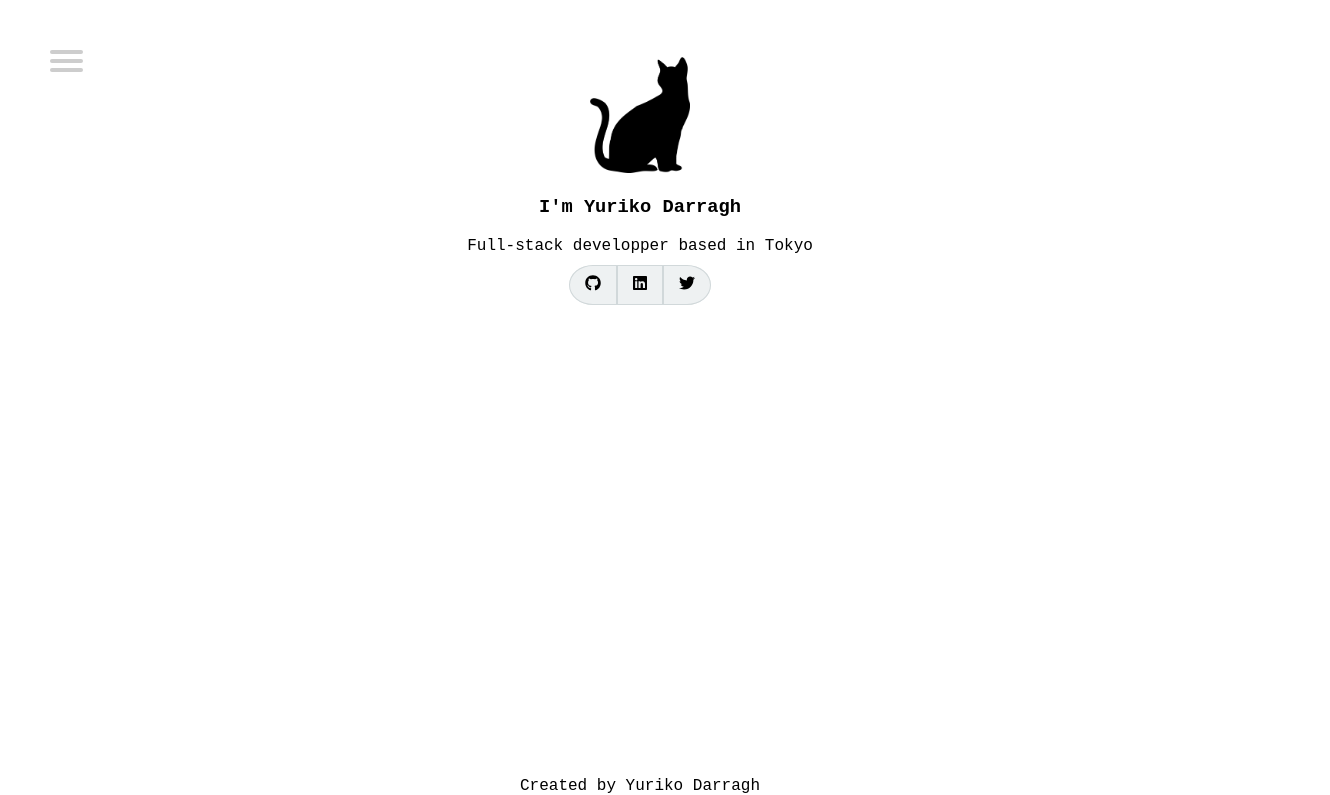
Repository: yuriko-pixel/react-portfolio
Page: /
An editor plug-in stored every save of this project. The page is shown before and after the next save, followed by the edit.
The browser window is 1280 px wide. The page is 1330 px wide, so the pictures cover 1330 px, including what lies to the right of the window. The pictures show the whole page.
The project was rebuilt for these pictures with package versions that can differ from the ones it lists, and the page was loaded fresh each time. Also part of the build but not shown: src/components/worktemp.js, src/components/about.js, src/styles/works.module.scss, src/components/works.js.

Above is the page before, as saved 2021-05-19 13:24:45.

### src/App.js
import logo from './logo.svg';
import './App.css';
import { BrowserRouter, Route, Link } from 'react-router-dom';
import WorkTemp from './components/worktemp'
import about from './components/about'
import home from './components/home'
import Nav from './components/nav'
import Footer from './components/footer'
import works from './components/works'

function App() {
  return (
    <div className="App">
      <BrowserRouter>
        <Nav />
        <Route exact path='/' component={home}></Route>
        <Route path='/about' component={about}></Route>
        <Route path='/works' component={works}></Route>
        <Route path='/work/:name'><WorkTemp /></Route>
        <Footer/>
      </BrowserRouter>
    </div>
  );
}

export default App;

### src/components/home.js


import Top from './top'
import Works from './works'

const Home = () => {
    return (
        <>
        <Top/>
        </>
    )
}

export default Home

### src/components/nav.js
import navs from '../styles/nav.module.scss'
import { Link } from 'react-router-dom';

const Nav = () => {
    return (
        <nav role="navigation">
        <div className={navs.menuToggle}>
          <input type="checkbox" />
          <span></span>
          <span></span>
          <span></span>
          <ul className={navs.menu}>
            <Link to="/"><li>Home</li></Link>
            <Link to="/about"><li>About</li></Link>
            <Link to="/works"><li>Works</li></Link>
            <Link to="/contact"><li>Contact</li></Link>
          </ul>
        </div>
      </nav>
    )
}

export default Nav

### src/components/footer.js
import foots from '../styles/footer.module.scss'

const Footer = ()=> {
    return (
        <footer>
            <span>Created by Yuriko Darragh</span>
        </footer>
    )
}

export default Footer;

### src/work.json
{
    "data": [
        {"name": "doughnut_doughnut_doughnut", "imgurl": "https://live.staticflickr.com/65535/51186851248_6e283827e7_n.jpg", "url": "https://live.staticflickr.com/65535/51186633016_67ed4251f5_n.jpg", "intro": "Wanna buy yummy doughnut?", "desc": "Doughnut Doughnut Doughnut is a doughnut EC shop application which allows you to buy special doughnuts from site. You can buy it with Stripe but currently we made it disabled for actual purchase since this is just the project.", "skillstacks": "react,redux,javascript,stripe"},
        {"name": "Magical_Memnisee", "imgurl": "https://live.staticflickr.com/65535/51185937952_e470c46e5d_n.jpg", "url": "https://live.staticflickr.com/65535/51186633356_9d19b25bc0_n.jpg", "intro": "Want to try Harry-Potter-like memo app?", "desc": "Memo application which also shows you quotes from famous people. But don't be startled too much! The quotes disappears soon like Tom Riddle's diary!", "skillstacks": "react,javascript"},
        {"name": "Pokedex", "imgurl": "https://live.staticflickr.com/65535/51186633741_d1bb6fa70c_n.jpg", "url": "https://live.staticflickr.com/65535/51187412834_eb291234ce_n.jpg", "intro": "Want to know all of the pokemon?", "desc": "Pokedex app which allows you to find your favourite pokemon. You can also check their cute figure from their back!", "skillstacks": "react,javascript"},
        {"name": "Toucans_recipe", "imgurl": "https://live.staticflickr.com/65535/51187704330_2b78f70304_n.jpg", "url": "https://live.staticflickr.com/65535/51186633636_5b50cc4677_n.jpg", "intro": "Chingu project app for recipes.", "desc": "Recipe web site which allows you to search by name and ingredients.", "skillstacks": "javascript"},
        {"name": "Toucans_blog", "imgurl": "https://live.staticflickr.com/65535/51187412699_340c208806_n.jpg", "url": "https://live.staticflickr.com/65535/51187412699_340c208806_n.jpg", "intro": "Chingu project app for tech blog.", "desc": "Dev.to clone site made with Gatsby.js", "skillstacks": "gatsby.js,graphql,react"}
    ]
}

### src/styles/about.module.scss
@import url('https://fonts.googleapis.com/css2?family=Raleway:wght@100&display=swap');
 * {
     font-family:'Courier New', Courier, monospace
 }
.flex {
    display: flex;
}

.container {
    min-height: 100vh;
}
.profimg {
    width:200px;
	height:200px;
	object-fit:cover;
	border-radius:50%;
    border: 1px solid black;
}

.box {
    width: 60%;
    margin: 0 auto;
}

.title {
    font-family: 'Raleway', sans-serif;
    font-size: 35px;
    text-align: left;
    padding-left: 100px;
    text-decoration: underline solid pink 5px;
    margin-bottom: 25px;
}

.box2 {
    margin-left: 150px;
}

.box3 {
    padding-left: 20px;
    text-align: left;
}
.borderline {
    height: 150px;
    width: 3px;
    background: gray;
    margin-left: 20px
}

.likes {
    margin-left: 150px;
}

.liketitle {
    margin-left: 30px;
    font-size: 30px;
}

### src/components/links.js
import { Link } from 'react-router-dom';
import links from '../styles/links.module.scss'
import { FontAwesomeIcon } from "@fortawesome/react-fontawesome";
import { faGithub } from "@fortawesome/free-brands-svg-icons";
import { faLinkedin } from "@fortawesome/free-brands-svg-icons";
import { faTwitter } from "@fortawesome/free-brands-svg-icons";

const Links = () => {
    return (
        <>
        <div className={links.linkcontainer}>
            <Link to="/about" className={links.linkcontainer1}><FontAwesomeIcon icon={faGithub} /></Link>
            <Link to="/works" className={links.linkcontainer2}><FontAwesomeIcon icon={faLinkedin} /></Link>
            <Link to="/contact" className={links.linkcontainer3}><FontAwesomeIcon icon={faTwitter} /></Link>
        </div>
        </>
    )
}

export default Links

### src/components/top.js
import cat from '../images/cat.png'
import tops from '../styles/top.module.scss'
import Links from './links'
import data from '../work.json'

const Top = ()=> {
    console.log(data)
    return (
        <div className={tops.container}>
            <img src={cat} className={tops.cat} />
            <h3>I'm Yuriko Darragh</h3>
            <span>Full-stack developper based in Tokyo</span>
            <Links/>
        </div>
    )
}

export default Top

### src/styles/nav.module.scss
* {
  list-style: none;
}

.menuToggle
{
  display: block;
  position: relative;
  top: 50px;
  left: 50px;

  z-index: 1;

  -webkit-user-select: none;
  user-select: none;
}

.menuToggle a
{
  text-decoration: none;
  color: .232323;

  transition: color 0.3s ease;
}

.menuToggle a:hover
{
  color: tomato;
}


.menuToggle input
{
  display: block;
  width: 40px;
  height: 32px;
  position: absolute;
  top: -7px;
  left: -5px;

  cursor: pointer;

  opacity: 0; /* hide this */
  z-index: 2; /* and place it over the hamburger */

  -webkit-touch-callout: none;
}

/*
 * Just a quick hamburger
 */
.menuToggle span
{
  display: block;
  width: 33px;
  height: 4px;
  margin-bottom: 5px;
  position: relative;

  background: #cdcdcd;
  border-radius: 3px;

  z-index: 1;

  transform-origin: 4px 0px;

  transition: transform 0.5s cubic-bezier(0.77,0.2,0.05,1.0),
              background 0.5s cubic-bezier(0.77,0.2,0.05,1.0),
              opacity 0.55s ease;
}

.menuToggle span:first-child
{
  transform-origin: 0% 0%;
}

.menuToggle span:nth-last-child(2)
{
  transform-origin: 0% 100%;
}

/*
 * Transform all the slices of hamburger
 * into a crossmark.
 */
.menuToggle input:checked ~ span
{
  opacity: 1;
  transform: rotate(45deg) translate(-2px, -1px);
  background: #232323;
}

/*
 * But let's hide the middle one.
 */
.menuToggle input:checked ~ span:nth-last-child(3)
{
  opacity: 0;
  transform: rotate(0deg) scale(0.2, 0.2);
}

/*
 * Ohyeah and the last one should go the other direction
 */
.menuToggle input:checked ~ span:nth-last-child(2)
{
  transform: rotate(-45deg) translate(0, -1px);
}

/*
 * Make this absolute positioned
 * at the top left of the screen
 */
.menu
{
  position: absolute;
  width: 300px;
  margin: -100px 0 0 -50px;
  padding: 50px;
  padding-top: 125px;

  background: #ededed;
  list-style-type: none;
  -webkit-font-smoothing: antialiased;
  /* to stop flickering of text in safari */

  transform-origin: 0% 0%;
  transform: translate(-100%, 0);

  transition: transform 0.5s cubic-bezier(0.77,0.2,0.05,1.0);
}

.menu li
{
  padding: 10px 0;
  font-size: 22px;
}

/*
 * And let's slide it in from the left
 */
.menuToggle input:checked ~ ul
{
  transform: none;
}

### src/styles/footer.module.scss
footer {
    margin-top: auto;
}

### src/styles/links.module.scss


a, a:visited {
    text-decoration: none;
    color: black;
}

.linkcontainer {
    margin: 20px 0;
}
.linkcontainer1, .linkcontainer2, .linkcontainer3 {
    // width: 200px;
    padding: 10px 15px;
    background: #EEF1F2;
    border: 1px solid #D1D8DA;
}

.linkcontainer1 {
    border-radius: 50% 0 0 50%;
}

.linkcontainer3 {
    border-radius: 0 50% 50% 0;
}

.border {
    border-bottom: dashed;
}

### src/styles/top.module.scss
.container {
    padding-top: 30px;
    min-height: 100vh;
}

.cat {
    width: 100px;
}

Loaded but not shown: public/index.html (common file); src/index.js (common file); src/index.css (common file); src/reportWebVitals.js (common file); src/App.css (common file)

After the next save:
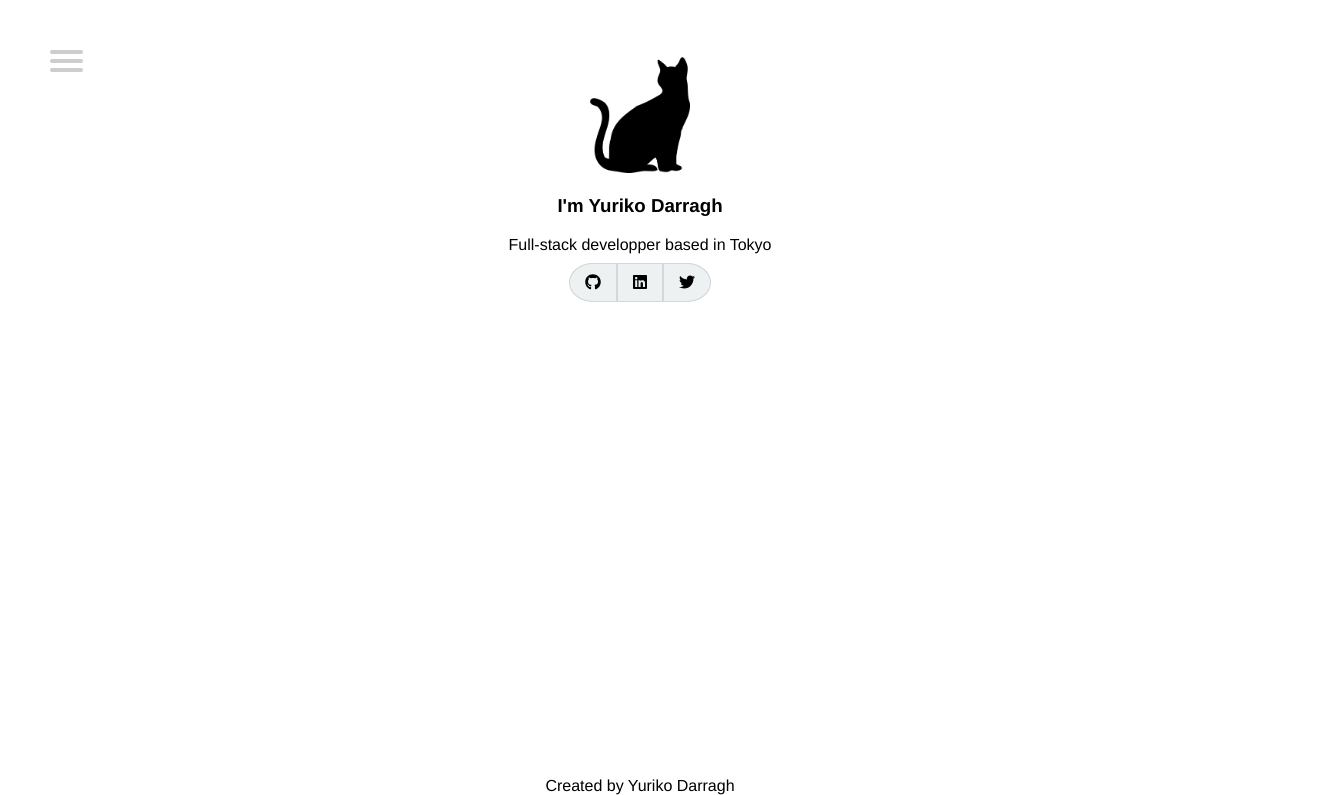
Saved 12 s later.
--- a/src/styles/about.module.scss
+++ b/src/styles/about.module.scss
@@ -1,6 +1,6 @@
 @import url('https://fonts.googleapis.com/css2?family=Raleway:wght@100&display=swap');
  * {
-     font-family:'Courier New', Courier, monospace
+     font-family:'Franklin Gothic Medium', 'Arial Narrow', Arial, sans-serif
  }
 .flex {
     display: flex;
